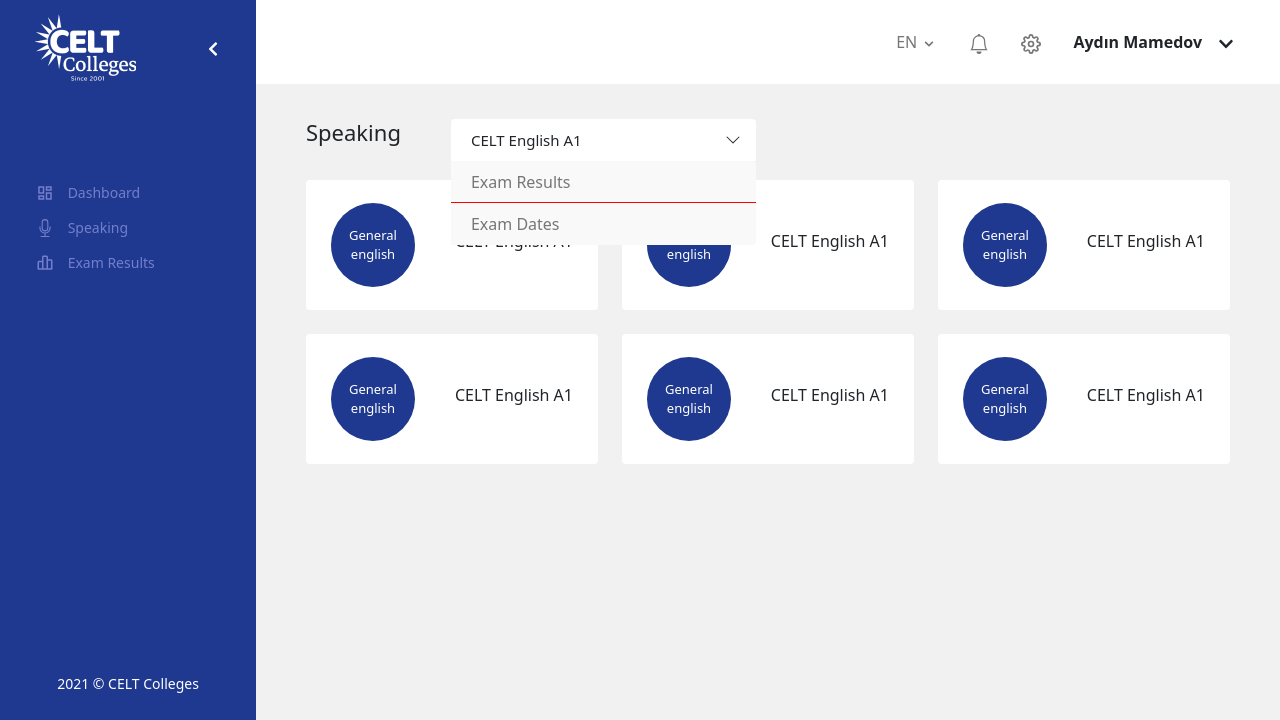
Repository: aydinws/celtapp
Page: /speaking
These files come from the project's save history. The page is drawn as it stood at one moment and after the next save; the edit follows.
The browser window is 1280 px wide. The pictures show the whole page.
The project was rebuilt for these pictures with package versions that can differ from the ones it lists, and the page was loaded fresh each time. Also part of the build but not shown: src/pages/Dashboard/index.js, src/pages/ExamResults/index.scss, src/components/Table/index.scss, src/components/Pagination/index.scss, src/components/Pagination/index.js, src/components/Table/index.js, src/pages/ExamResults/index.js.

Above is the page before, as saved 2021-06-10 00:43:28.

### src/App.js
import React from 'react';

// files
import './assets/css/app.scss';

// pages
import Dashboard from './pages/Dashboard';
import ExamResults from './pages/ExamResults';
import Speakings from './pages/Speakings';

// npm modules
import 'bootstrap/dist/css/bootstrap.css';
import { BrowserRouter as Router, Switch, Route } from "react-router-dom";


function App() {
  return (
    <Router>
      <Switch>
        <Route path="/" exact component={Dashboard} />
        <Route path="/speaking" exact component={Speakings} />
        <Route path="/examresults" exact component={ExamResults} />
      </Switch>
    </Router>
  );
}

export default App;

### src/assets/css/app.scss
@import 'code';

* {
    list-style: none !important;
    text-decoration: none !important;
    outline: none !important;
}

body {
    height: 100%;
    background-color: $bgColor !important;
}

.app {
    height: 100%;
    display: flex;

    .content {
        height: 100vh;
        flex: 1;
    }
}

.section {
    margin: 35px 50px;

    @media screen and (max-width:481px) {
        margin: 35px 20px;
    }

    .content-body-head {

        h3 {
            font-size: 22px;
            margin: 0 0 35px;
        }

        .search-input {
            width: 278px;
            height: 42px;
            border-radius: 4px;
            overflow: hidden;
            float: right;

            @media screen and (max-width:768px) {
                margin: 0 0 20px;
                width: 100%;
            }

            input {
                width: 236px;
                height: 42px;
                padding: 0 0 0 20px;
                border: 1px solid #FFFFFF;
                background-color: #FFFFFF;
                font-size: 15px;

                @media screen and (max-width:768px) {
                    width: calc(100% - 42px);
                }
            }

            input::placeholder {
                font-weight: 500;
            }

            svg {
                fill: $grayColor;
                padding: 12px;
                width: 42px;
                height: 42px;
                background-color: #FFFFFF;
                margin: 0 0 4px;
            }
        }
    }
}

.orange { fill: $orangeColor; color: $orangeColor !important; }
.red { fill: $redColor; color: $redColor !important; }
.green { fill: $greenColor; color: $greenColor !important; }
.c-pointer { cursor: pointer; }

### src/pages/Speakings/index.js
import React, { useState } from 'react';
import './index.scss';

// components
import Sidebar from '../../components/SideBar';
import TopBar from '../../components/TopBar';

//icons
import { BsChevronDown } from "react-icons/bs";

function Speaking() {

    const [visible, setVisible] = useState(true);

    const openCloseMenu = () => {
        setVisible(!visible);
    }
    return (
        <div className="app">
            {visible && <Sidebar openCloseMenu={openCloseMenu} />}

            <div className="content">
                <TopBar openCloseMenu={openCloseMenu} />

                <div className="section">
                    <div className="content-body-head">
                        <div className="row">
                            <div className="col-12 col-md-6 d-flex">
                                <h3>Speaking</h3>
                                <div className="select-option">
                                    <div className="select-option-btn">
                                        <span>CELT English A1</span>
                                        <BsChevronDown />
                                    </div>
                                    <div className="select-option-items">
                                        <ul>
                                            <li><a href="/">Exam Results</a></li>
                                            <li><a href="/">Exam Dates</a></li>
                                        </ul>
                                    </div>
                                </div>
                            </div>
                        </div>
                    </div>
                    <div className="content-body">
                        <div className="row">
                            <div className="col-12 col-md-6 col-lg-4 mb-4">
                                <div className="card card--speaking">
                                    <div className="card-circle">
                                        <p>General english</p>
                                    </div>
                                    <h6>CELT English A1</h6>
                                </div>
                            </div>
                            <div className="col-12 col-md-6 col-lg-4 mb-4">
                                <div className="card card--speaking">
                                    <div className="card-circle">
                                        <p>General english</p>
                                    </div>
                                    <h6>CELT English A1</h6>
                                </div>
                            </div>
                            <div className="col-12 col-md-6 col-lg-4 mb-4">
                                <div className="card card--speaking">
                                    <div className="card-circle">
                                        <p>General english</p>
                                    </div>
                                    <h6>CELT English A1</h6>
                                </div>
                            </div>
                            <div className="col-12 col-md-6 col-lg-4 mb-4">
                                <div className="card card--speaking">
                                    <div className="card-circle">
                                        <p>General english</p>
                                    </div>
                                    <h6>CELT English A1</h6>
                                </div>
                            </div>
                            <div className="col-12 col-md-6 col-lg-4 mb-4">
                                <div className="card card--speaking">
                                    <div className="card-circle">
                                        <p>General english</p>
                                    </div>
                                    <h6>CELT English A1</h6>
                                </div>
                            </div>
                            <div className="col-12 col-md-6 col-lg-4 mb-4">
                                <div className="card card--speaking">
                                    <div className="card-circle">
                                        <p>General english</p>
                                    </div>
                                    <h6>CELT English A1</h6>
                                </div>
                            </div>
                        </div>
                    </div>
                </div>
            </div>
        </div>
    );
}

export default Speaking;

### src/assets/css/code.scss
$bgColor: #F1F1F1;
$mainBlue: #1E398F;
$blueTextColor: #757ECB;
$orangeColor: #EE7100;
$redColor: #C10000;
$greenColor: #009F3F;
$grayColor: #767676;

### src/pages/Dashboard/index.scss
@import '../../assets/css/code.scss';
@import '../../assets/css/custom.scss';

.anime-h {
    height: 66px;
}

.content-body {
    .card {
        border-radius: 4px;
        padding: 23px 25px;
        overflow: hidden;

        &--dashboard {
            width: 100%;
            height: 100%;
            position: relative;
        }

        .card-header {
            border-bottom: 0.5px solid #DEDEDE;
            background-color: #FFFFFF;
            padding: 0;
            display: flex;
            justify-content: space-between;

            svg {
                fill: $orangeColor;
                width: 22px;
                height: 22px;
            }

            h4 {
                font-size: 18px;
                margin: 0 0 20px;
                padding: 0;
                cursor: pointer;
            }
        }

        ul {
            padding: 0;
        }

        ul li {
            margin-top: 25px;
        }

        ul li h4 {
            font-size: 15px;
            text-transform: uppercase;
            padding: 0;
        }

        ul li p {
            font-size: 12px;
            color: #878787;
        }

        label {
            display: flex;
            align-items: center;
            position: relative;
            cursor: pointer;
        }

        label {
            div {
                font-size: 15px;
                text-transform: uppercase;
                padding: 0;
                margin: 0 30px;
                font-weight: 500;
            }
        }

        a {
            color: $mainBlue;
            text-decoration: none;
            font-size: 13px;
            position: absolute;
            right: 0;
            bottom: 0;
            margin: 25px;
            font-weight: bold;
        }

        svg {
            fill: $mainBlue;
            width: 7px;
            padding: 0 0 2px;
        }
    }
}

### src/components/SideBar/index.js
import React from 'react';
import './index.scss';

// npm modules
import { Link } from "react-router-dom";

// icons
import { FaChevronLeft } from "react-icons/fa";
import { BsMic } from "react-icons/bs";
import { RiDashboardLine } from "react-icons/ri";
import { BiBarChartAlt2 } from "react-icons/bi";

// images
import Logo from '../../assets/images/logo.png';

function Sidebar({ openCloseMenu }) {
    return (
        <div className="side-bar">
            <div className="side-bar-content">
                <div className="side-bar-content-header">
                    <img src={Logo} alt="Logo" />
                    <FaChevronLeft onClick={openCloseMenu} />
                </div>
                <div className="side-bar-content-body">
                    <ul>
                        <li>
                            <Link to="/"><RiDashboardLine /> Dashboard</Link>
                        </li>
                        <li>
                            <Link to="/speaking"><BsMic /> Speaking</Link>
                        </li>
                        <li>
                            <Link to="/examresults"><BiBarChartAlt2 /> Exam Results</Link>
                        </li>
                    </ul>
                </div>
                <p>2021 © CELT Colleges</p>
            </div>
        </div>
    );
}

export default Sidebar;

### src/components/TopBar/index.js
import React from 'react';
import './index.scss';

// icons
import { FaChevronDown } from "react-icons/fa";
import { BsBell } from "react-icons/bs";
import { FiSettings } from "react-icons/fi";
import { GoThreeBars } from "react-icons/go";

// images
import Avatar from '../../assets/images/avatar.png';
import Logo from '../../assets/images/logo.png';

function TopBar({ openCloseMenu }) {
    return (
        <div className="top-bar">
            <img src={Logo} alt="Logo" />
            <ul>
                <li>
                    <span>EN <FaChevronDown /></span>
                </li>
                <li>
                    <BsBell />
                </li>
                <li>
                    <FiSettings onClick={openCloseMenu} />
                </li>
                <li>
                    <img src={Avatar} alt="Avatar" />
                    <span>Aydın Mamedov</span>
                    <FaChevronDown />
                </li>
                <li>
                    <GoThreeBars onClick={openCloseMenu} />
                </li>
            </ul>
        </div>
    );
}

export default TopBar;

### src/pages/Speakings/index.scss
@import '../../assets/css/code.scss';
@import '../../assets/css/custom.scss';

.anime-h {
    height: 64px;
}

.content-body {
    .card {
        border-radius: 4px;
        padding: 23px 25px;
        overflow: hidden;

        &--speaking {
            border: 0;
            flex-direction: row;
            justify-content: space-between;
            align-items: center;
            cursor: pointer;
        }

        .card-circle {
            width: 84px;
            height: 84px;
            background-color: $mainBlue;
            color: #FFFFFF;
            border-radius: 50%;
            text-align: center;
            display: flex;
            align-items: center;

            p {
                font-size: 13px;
                margin: 0;
            }

            h6 {
                font-size: 17px;
            }
        }
    }
}

.select-option {
    width: 100%;
    min-height: 42px;
    margin: 0 0 0 50px;
    position: relative;
    z-index: 5;


    .select-option-btn {
        cursor: pointer;
        width: 100%;
        height: 42px;
        background-color: #FFFFFF;
        display: flex;
        justify-content: space-between;
        align-items: center;
        padding: 0 5px 0 20px;
        border-radius: 4px 4px 0 0;
    }

    &:hover {
        background-color: #F9F9F9;
    }

    span {
        font-weight: 500;
        font-size: 15px;
    }

    svg {
        margin-right: 10px;
    }

    .select-option-items {
        z-index: 5;
        position: absolute;
        width: 100%;
        height: auto;
        min-height: 42px;
        left: 0;
        top: 42px;
        background-color: #F9F9F9;
        border-radius: 0 4px 4px 0;

        ul {
            padding: 0;
            margin: 0;

            li {
                a {
                    width: 100%;
                    height: 42px;
                    display: flex;
                    align-items: center;
                    color: $grayColor;
                    padding-left: 20px;
                    border-bottom: 1px solid red;
                }

                &:last-child a {
                    border-bottom: 0;
                }
            }
        }
    }
}

### src/assets/css/custom.scss
.custom-checkbox {
    position: absolute;
    opacity: 0;
    height: 0;
    width: 0;
}

.checkmark {
    position: absolute;
    top: 2px;
    left: 0;
    height: 18px;
    width: 18px;
    background-color: #eee;
    cursor: pointer;
    border-radius: 2px;
}

.custom-checkbox:hover input ~ .checkmark {
    background-color: #ccc;
}

.custom-checkbox:checked ~ .checkmark {
    background-color: $mainBlue;
}

.checkmark:after {
    content: "";
    position: absolute;
    display: none;
}

.custom-checkbox:checked ~ .checkmark:after {
    display: block;
}

.checkmark:after {
    left: 7px;
    top: 4px;
    width: 4px;
    height: 8px;
    border: solid white;
    border-width: 0 2px 2px 0;
    -webkit-transform: rotate(45deg);
    -ms-transform: rotate(45deg);
    transform: rotate(45deg);
}

.custom-radio {
    position: absolute;
    opacity: 0;
    height: 0;
    width: 0;
}

.radiomark {
    position: absolute;
    top: 2px;
    left: 0;
    height: 18px;
    width: 18px;
    background-color: #eee;
    cursor: pointer;
    border-radius: 50%;
}

.custom-radio input ~ .radiomark {
    background-color: #ccc;
}

.custom-radio:checked ~ .radiomark {
    background-color: $mainBlue;
}

.radiomark:after {
    content: "";
    position: absolute;
    display: none;
}

.custom-radio:checked ~ .radiomark:after {
    display: block;
}


.radiomark:after {
    top: 6px;
	left: 6px;
	width: 6px;
	height: 6px;
	border-radius: 50%;
	background: white;
}

### src/components/SideBar/index.scss
@import '../../assets/css/code.scss';

.side-bar {
    width: 256px;

    @media screen and (max-width:1024px) {
        position: fixed;
        z-index: 10;
    }

    .side-bar-content {
        width: 256px;
        height: 100%;
        position: fixed;
        z-index: 10;
        background-color: $mainBlue;

        p {
            width: 100%;
            text-align: center;
            position: absolute;
            bottom: 10px;
            color: #FFFFFF;
            font-size: 14px;
        }
    }

    .side-bar-content-header {
        display: flex;
        justify-content: space-between;
        padding: 14px 35px;
        align-items: center;

        svg {
            fill: #FFFFFF;
            cursor: pointer;
        }
    }

    .side-bar-content-body {
        ul {
            padding: 0;
            width: 100%;
            margin-top: 83px;
        }

        li {
            padding: 0 33px;
            margin: 10px 0;
            transition: border-left 200ms;
            border-left: 3px solid transparent;

            svg {
                width: 18px;
                height: 18px;
                fill: $blueTextColor;
                margin-right: 10px;
                margin-bottom: 3.5px;
                transition: fill 400ms;
            }

            a {
                font-size: 14px;
                color: $blueTextColor;
                text-decoration: none;
                transition: color 400ms;
            }

            &:hover {
                border-left: 3px solid #FFFFFF;
            }

            &:hover svg {
                fill: #FFFFFF;
            }

            &:hover a {
                color: #FFFFFF;
            }
        }
    }
}

### src/components/TopBar/index.scss
@import '../../assets/css/code.scss';

.top-bar {
    background-color: #FFFFFF;
    flex: 1;
    height: 84px;
    align-items: center;
    justify-content: space-between;
    z-index: 9;

    img {
        display: none;
    }

    @media screen and (max-width:1024px) {
        display: flex;
        background-color: $mainBlue;
        height: 69px;
        overflow: hidden;

        img {
            width: 69px;
            height: 47px;
            display: block;
            margin: 11px 20px;
        }
    }

    ul {
        display: flex;
        justify-content: flex-end;
        height: 84px;
        align-items: center;
        margin-right: 30px;

        @media screen and (max-width:1024px) {
            margin-right: 15px;
        }

        li {
            cursor: pointer;
            margin: 24px 16px;

            @media screen and (max-width:1024px) {
                margin: 17px 15px 0 0;
            }

            &:nth-child(1) span {
                color: $grayColor;
                @media screen and (max-width:1024px) {
                    color: #FFFFFF;
                }

                svg {
                    height: 10px;
                }
            }

            &:nth-child(2) {
                svg {
                    fill: $grayColor;
                    width: 20px;
                    height: 20px;

                    @media screen and (max-width:1024px) {
                        fill: #FFFFFF;
                    }
                }
            }

            &:nth-child(3) {
                svg {
                    stroke: $grayColor;
                    width: 20px;
                    height: 20px;
                }
            }

            &:nth-child(4) {
                img, span {
                    margin-right: 16px;
                }

                span {
                    font-weight: 600;
                }
            }

            &:nth-child(5) {
                @media screen and (min-width:1024px) {
                    display: none;
                }
                svg {
                    fill: $grayColor;
                    width: 20px;
                    height: 20px;
                    @media screen and (max-width:1024px) {
                        fill: #FFFFFF;
                    }
                }
            }

            @media screen and (max-width:1024px) {
                &:nth-child(3), &:nth-child(4) {
                    display: none;
                }
            }
        }
    }
}

Loaded but not shown: public/index.html (common file); src/index.js (common file)

After the next save:
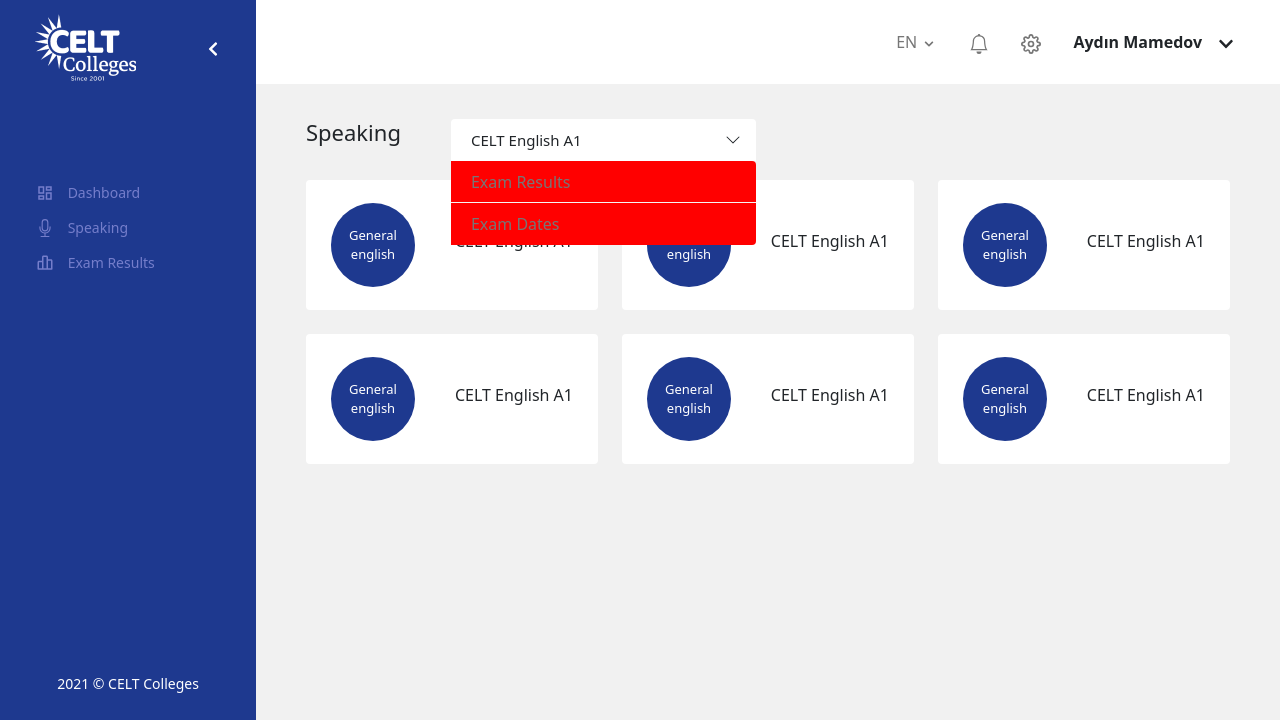
Saved 6 s later.
--- a/src/pages/Speakings/index.scss
+++ b/src/pages/Speakings/index.scss
@@ -82,7 +82,7 @@
         min-height: 42px;
         left: 0;
         top: 42px;
-        background-color: #F9F9F9;
+        background-color: red;
         border-radius: 0 4px 4px 0;
 
         ul {
@@ -97,7 +97,7 @@
                     align-items: center;
                     color: $grayColor;
                     padding-left: 20px;
-                    border-bottom: 1px solid red;
+                    border-bottom: 1px solid #F5F5F5;
                 }
 
                 &:last-child a {
